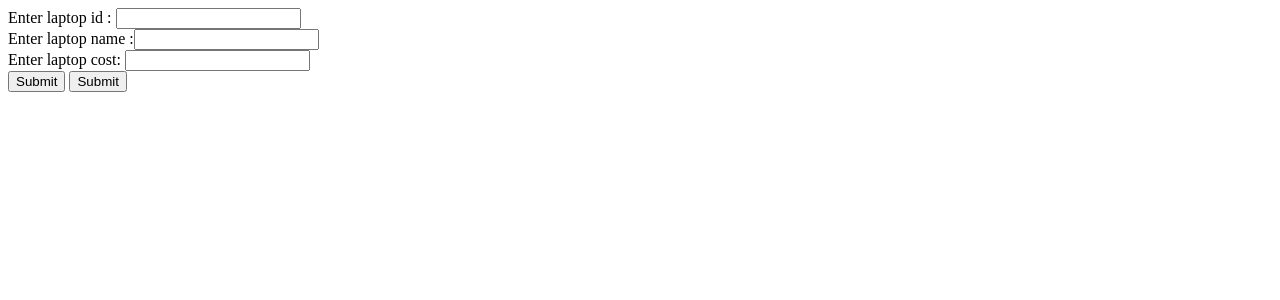
Repository: samrudhishetty/LayeredArchitecture
Page: http://localhost/ArchitectureDemo/
An editor plug-in stored every save of this project. The page is shown before and after the next save, followed by the edit.
The browser window is 1280 px wide. The pictures show the whole page.
The page is served by Tomcat 9. Other server files are loaded and not shown.

Above is the page before, as saved 2023-08-28 06:24:26.

### ArchitectureDemo/src/main/webapp/index.jsp
<%@ page language="java" contentType="text/html; charset=ISO-8859-1"
    pageEncoding="ISO-8859-1"%>
<!DOCTYPE html>
<html>
<head>
<meta charset="ISO-8859-1">
<title>Insert title here</title>
</head>
<body>
	<form action="insertlap">

		Enter laptop id : <input type="text" name="lid" /><br>

		Enter laptop name :<input type="text" name="make" /><br>

		Enter laptop cost: <input type="text" name="cost" /><br>
		<input type="submit">


		<form action="showlap">

		<input type="submit">
	</form>
</body>
</html>

After the next save:
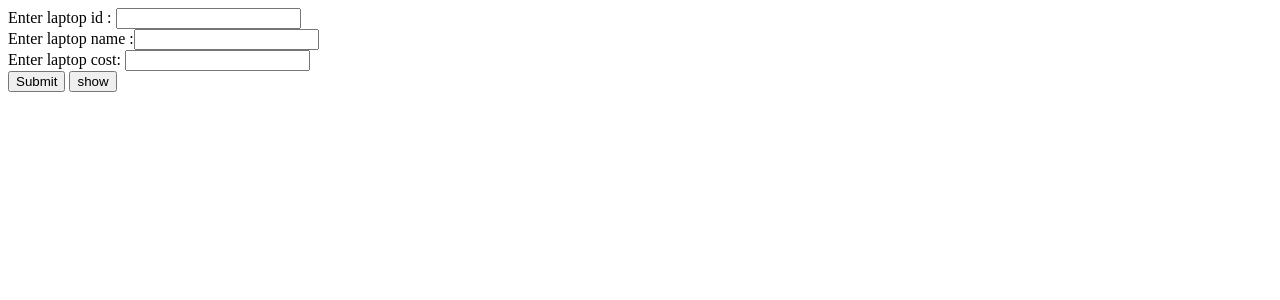
Saved 17 s later.
--- a/ArchitectureDemo/src/main/webapp/index.jsp
+++ b/ArchitectureDemo/src/main/webapp/index.jsp
@@ -19,7 +19,7 @@
 
 		<form action="showlap">
 
-		<input type="submit">
+		<input type="submit" value = "show">
 	</form>
 </body>
 </html>
